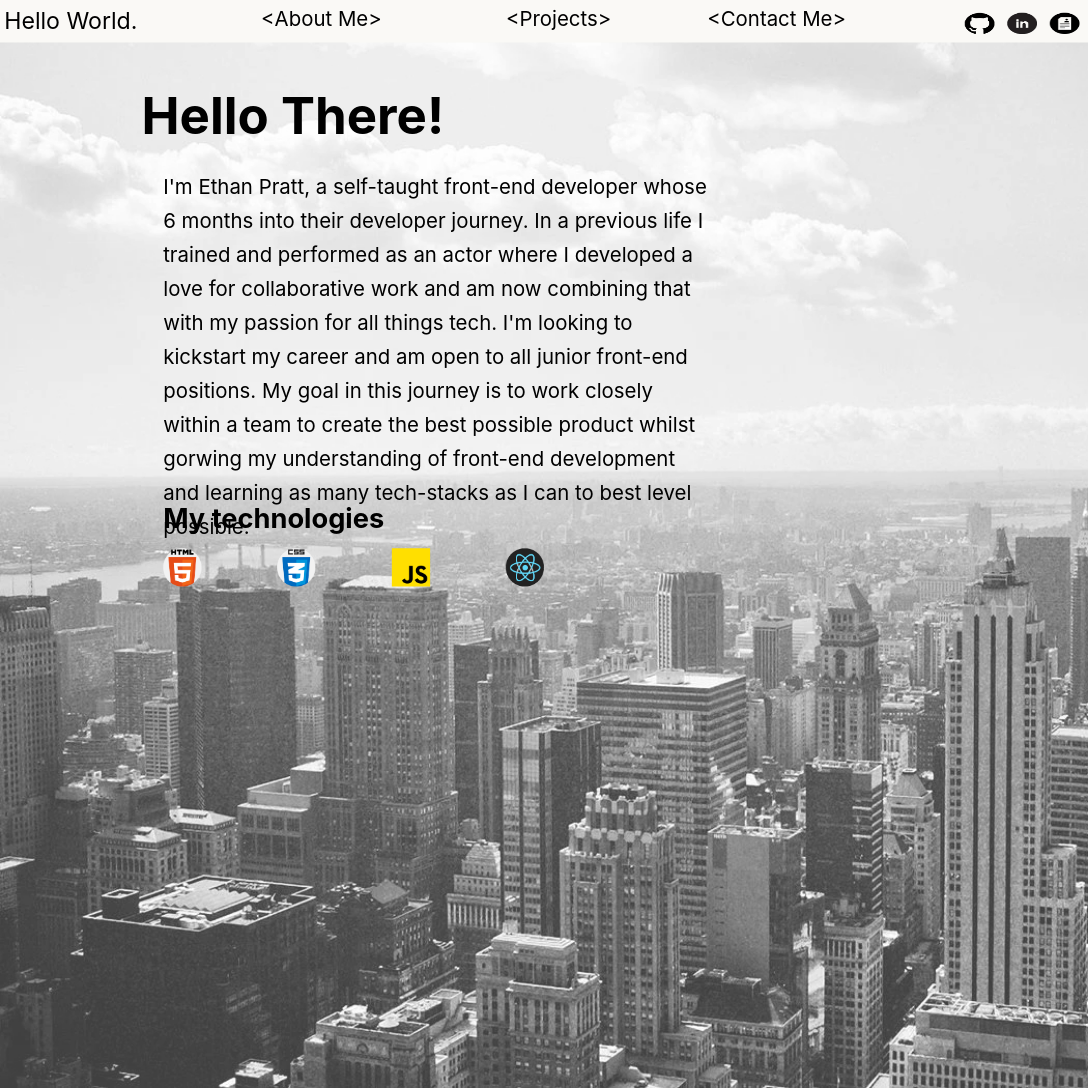
Repository: ghend99/website_ethan_pratt
Page: /about
The author's editor kept a copy of each file at every save. The page is drawn from the files as they stood at one save, then again after a run of saves.
The browser window is 1280 px wide. The pictures show the whole page, at 85% of full size.
The project was rebuilt for these pictures with package versions that can differ from the ones it lists, and the page was loaded fresh each time. Also part of the build but not shown: src/pages/home.js, src/pages/project.js, src/css/contact.css, src/pages/contact.js.

Above is the page before, as saved 2023-04-03 12:42:11.

After the next 2 saves:
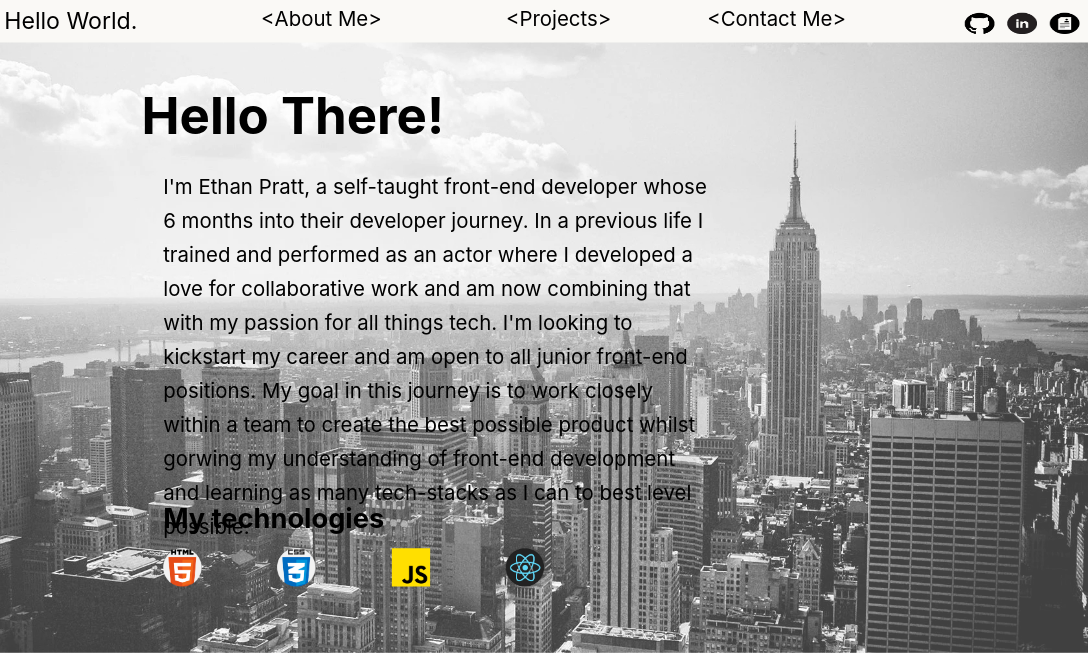
The 2 saves are shown as one change because they came seconds apart.
The last was saved 10 s later.
--- a/src/css/header.css
+++ b/src/css/header.css
@@ -91,7 +91,7 @@
   position: relative;
   max-width: 100%;
   min-width: 650px;
-  height: 100vw;
+  height: 60vw;
   /* min-height: 83rem; */
   background-size: cover;
   background-repeat: no-repeat;
